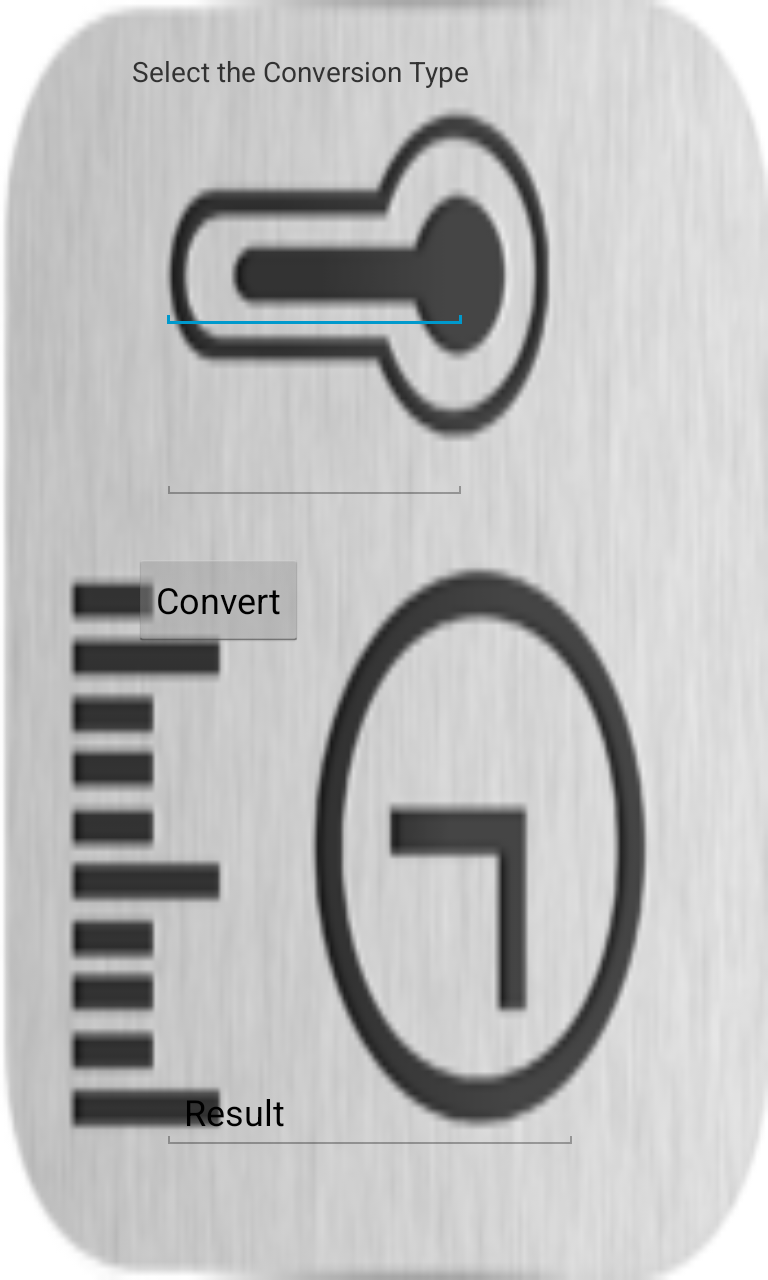
Repository: Shruthi06/designed-droid
Layout: conversion_assignment/res/layout/activity_main.xml
These files come from the project's save history. The layout is drawn as it stood at one moment and after the next save; the edit follows.
It is drawn on a 768 x 1280 px phone screen (xhdpi) without system bars, with theme AppTheme; the app's code is not run. Lists and similar views that code fills are empty.

Above is the layout before, as saved 2016-02-04 13:57:23.

### conversion_assignment/res/layout/activity_main.xml
<RelativeLayout xmlns:android="http://schemas.android.com/apk/res/android"
    xmlns:tools="http://schemas.android.com/tools"
    android:layout_width="match_parent"
    android:layout_height="match_parent"
    android:background="@drawable/conversion2"
    android:paddingBottom="@dimen/activity_vertical_margin"
    android:paddingLeft="@dimen/activity_horizontal_margin"
    android:paddingRight="@dimen/activity_horizontal_margin"
    android:paddingTop="@dimen/activity_vertical_margin"
    tools:context=".MainActivity" >

    <EditText
        android:id="@+id/editTextvalue1"
        android:layout_width="wrap_content"
        android:layout_height="wrap_content"
        android:layout_alignLeft="@+id/textView1"
        android:layout_alignRight="@+id/textView1"
        android:layout_below="@+id/textView1"
        android:layout_marginLeft="14dp"
        android:layout_marginTop="50dp"
        android:ems="10" >

        <requestFocus />
    </EditText>

    <EditText
        android:id="@+id/editTextvalue2"
        android:layout_width="wrap_content"
        android:layout_height="wrap_content"
        android:layout_alignLeft="@+id/editTextvalue1"
        android:layout_alignRight="@+id/editTextvalue1"
        android:layout_below="@+id/editTextvalue1"
        android:layout_marginTop="46dp"
        android:ems="10" />

    <Button
        android:id="@+id/buttonconvert"
        android:layout_width="wrap_content"
        android:layout_height="wrap_content"
        android:layout_below="@+id/editTextvalue2"
        android:layout_marginRight="80dp"
        android:layout_marginLeft="50dp"
        android:layout_marginTop="25dp"
        android:text="Convert" />

    <ListView
        android:id="@+id/listViewconversiontype"
        android:layout_width="match_parent"
        android:layout_height="150dp"
        android:layout_alignTop="@+id/textView1"
        android:layout_marginLeft="32dp"
        android:layout_toRightOf="@+id/textView1" >
    </ListView>

    <TextView
        android:id="@+id/textView1"
        android:layout_width="wrap_content"
        android:layout_height="50dp"
        android:layout_alignLeft="@+id/buttonconvert"
        android:layout_alignParentTop="true"
        android:layout_marginTop="10dp"
        android:text="Select the Conversion Type" />

    <EditText
        android:id="@+id/editTextresult"
        android:layout_width="wrap_content"
        android:layout_height="wrap_content"
        android:layout_alignLeft="@+id/editTextvalue2"
        android:layout_alignParentBottom="true"
        android:layout_marginBottom="48dp"
        android:ems="10"
        android:text="Result" />

</RelativeLayout>

Loaded but not shown: conversion_assignment/res/values/styles.xml (common file); conversion_assignment/res/values-v11/styles.xml (common file); conversion_assignment/res/values-v14/styles.xml (common file); conversion_assignment/res/values/dimens.xml (common file)

After the next save:
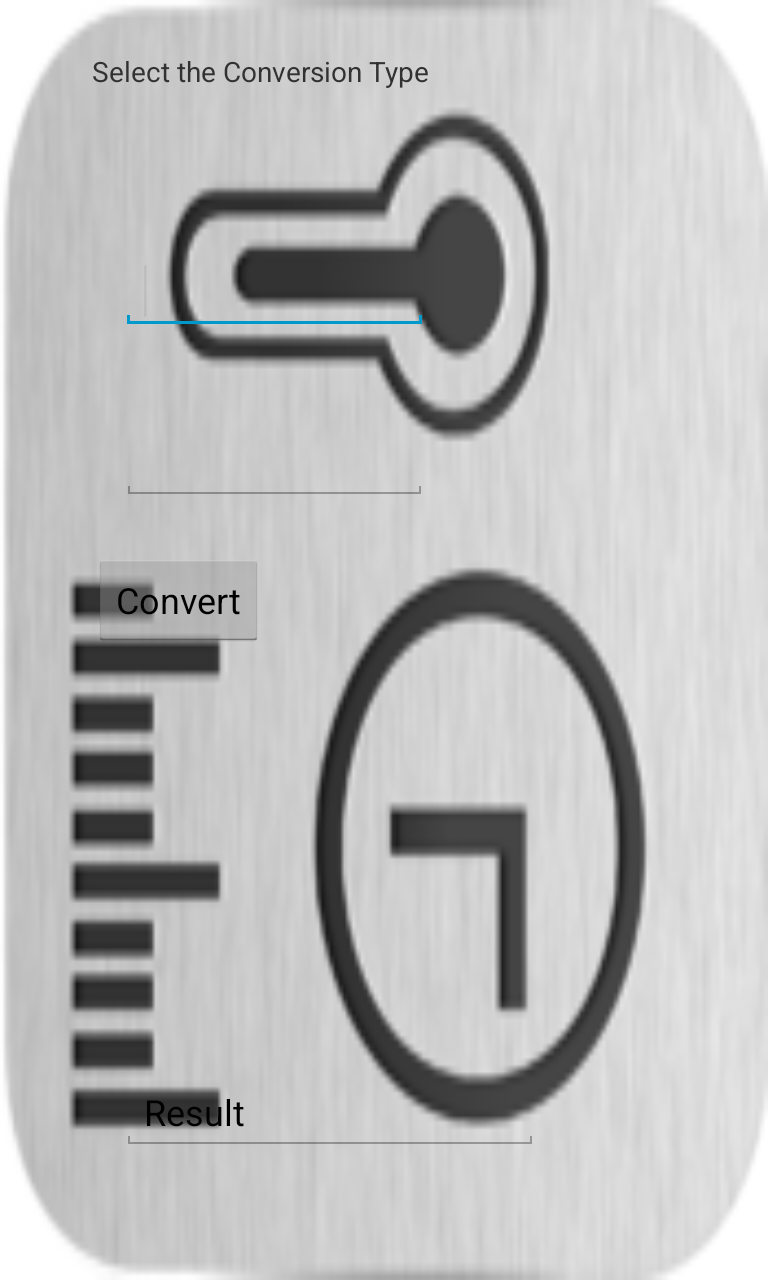
Saved 59 s later.
--- a/conversion_assignment/res/layout/activity_main.xml
+++ b/conversion_assignment/res/layout/activity_main.xml
@@ -39,7 +39,7 @@
         android:layout_height="wrap_content"
         android:layout_below="@+id/editTextvalue2"
         android:layout_marginRight="80dp"
-        android:layout_marginLeft="50dp"
+        android:layout_marginLeft="30dp"
         android:layout_marginTop="25dp"
         android:text="Convert" />
 
